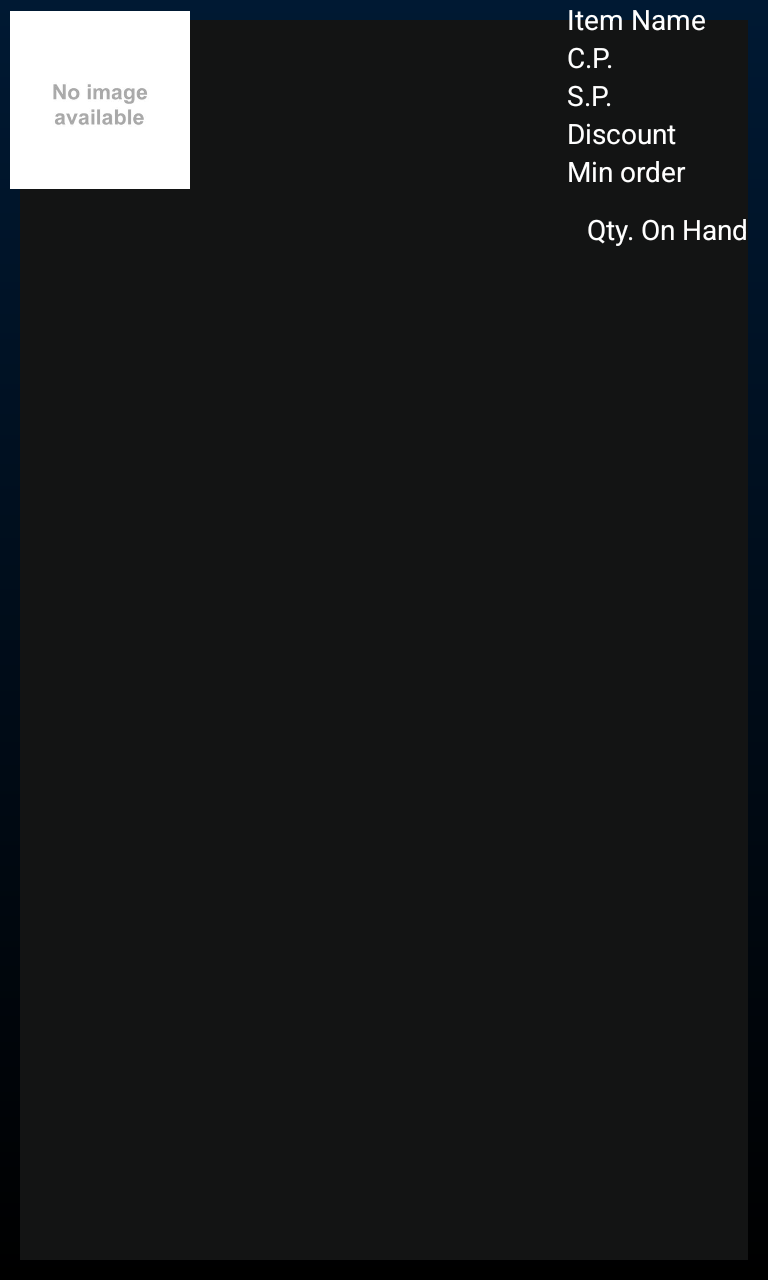
Repository: jasleen1291/B2BMobileApplication
Layout: Mobile E Commerce/B2B/res/layout/grid_item.xml
The author's editor kept a copy of each file at every save. The layout is drawn from the files as they stood at one save, then again after the next save.
It is drawn on a 768 x 1280 px phone screen (xhdpi) without system bars, with theme mycustomtheme; the app's code is not run.

Above is the layout before, as saved 2013-05-24 08:43:37.

After the next save:
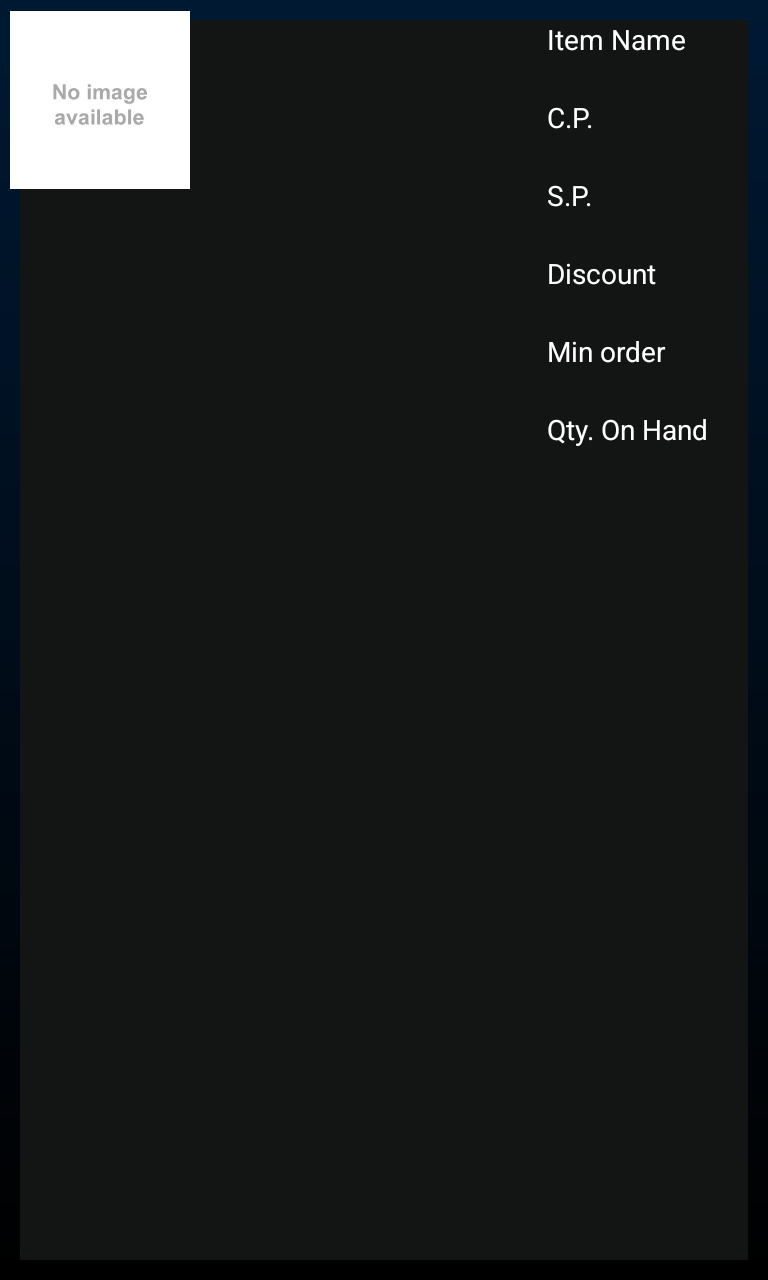
Saved 29 s later.
--- a/Mobile E Commerce/B2B/res/layout/grid_item.xml
+++ b/Mobile E Commerce/B2B/res/layout/grid_item.xml
@@ -26,13 +26,13 @@
             android:layout_width="fill_parent"
             android:layout_height="wrap_content" >
 
-            <TextView
+            <TextView               android:padding="10dp"
                 style="@style/titlebarstylesmall"
                 android:layout_width="wrap_content"
                 android:layout_height="wrap_content"
                 android:text="@string/itemname" />
 
-            <TextView
+            <TextView               android:padding="10dp"
                 android:id="@+id/name"
                 style="@style/titlebarstylesmall"
                 android:layout_width="wrap_content"
@@ -45,13 +45,13 @@
             android:layout_width="fill_parent"
             android:layout_height="wrap_content" >
 
-            <TextView
+            <TextView               android:padding="10dp"
                 style="@style/titlebarstylesmall"
                 android:layout_width="wrap_content"
                 android:layout_height="wrap_content"
                 android:text="@string/cp" />
 
-            <TextView
+            <TextView               android:padding="10dp"
                 android:id="@+id/cp"
                 style="@style/titlebarstylesmall"
                 android:layout_width="wrap_content"
@@ -67,13 +67,13 @@
             android:focusable="false"
             android:paddingTop="0dp" >
 
-            <TextView
+            <TextView               android:padding="10dp"
                 style="@style/titlebarstylesmall"
                 android:layout_width="wrap_content"
                 android:layout_height="wrap_content"
                 android:text="@string/sp" />
 
-            <TextView
+            <TextView               android:padding="10dp"
                 android:id="@+id/sp"
                 style="@style/titlebarstylesmall"
                 android:layout_width="wrap_content"
@@ -86,13 +86,13 @@
             android:layout_width="fill_parent"
             android:layout_height="wrap_content" >
 
-            <TextView
+            <TextView               android:padding="10dp"
                 style="@style/titlebarstylesmall"
                 android:layout_width="wrap_content"
                 android:layout_height="wrap_content"
                 android:text="@string/discount" />
 
-            <TextView
+            <TextView               android:padding="10dp"
                 android:id="@+id/discount"
                 style="@style/titlebarstylesmall"
                 android:layout_width="wrap_content"
@@ -105,13 +105,13 @@
             android:layout_width="fill_parent"
             android:layout_height="wrap_content" >
 
-            <TextView
+            <TextView               android:padding="10dp"
                 style="@style/titlebarstylesmall"
                 android:layout_width="wrap_content"
                 android:layout_height="wrap_content"
                 android:text="@string/minorder" />
 
-            <TextView
+            <TextView               android:padding="10dp"
                 android:id="@+id/minorder"
                 style="@style/titlebarstylesmall"
                 android:layout_width="wrap_content"
@@ -123,14 +123,14 @@
             android:layout_width="fill_parent"
             android:layout_height="wrap_content" >
 
-            <TextView
-                android:padding="10dp"
+            <TextView               android:padding="10dp"
+
                 style="@style/titlebarstylesmall"
                 android:layout_width="wrap_content"
                 android:layout_height="wrap_content"
                 android:text="@string/qtyonhand" />
 
-            <TextView
+            <TextView               android:padding="10dp"
                 android:id="@+id/qtyonhand"
                 style="@style/titlebarstylesmall"
                 android:layout_width="wrap_content"
